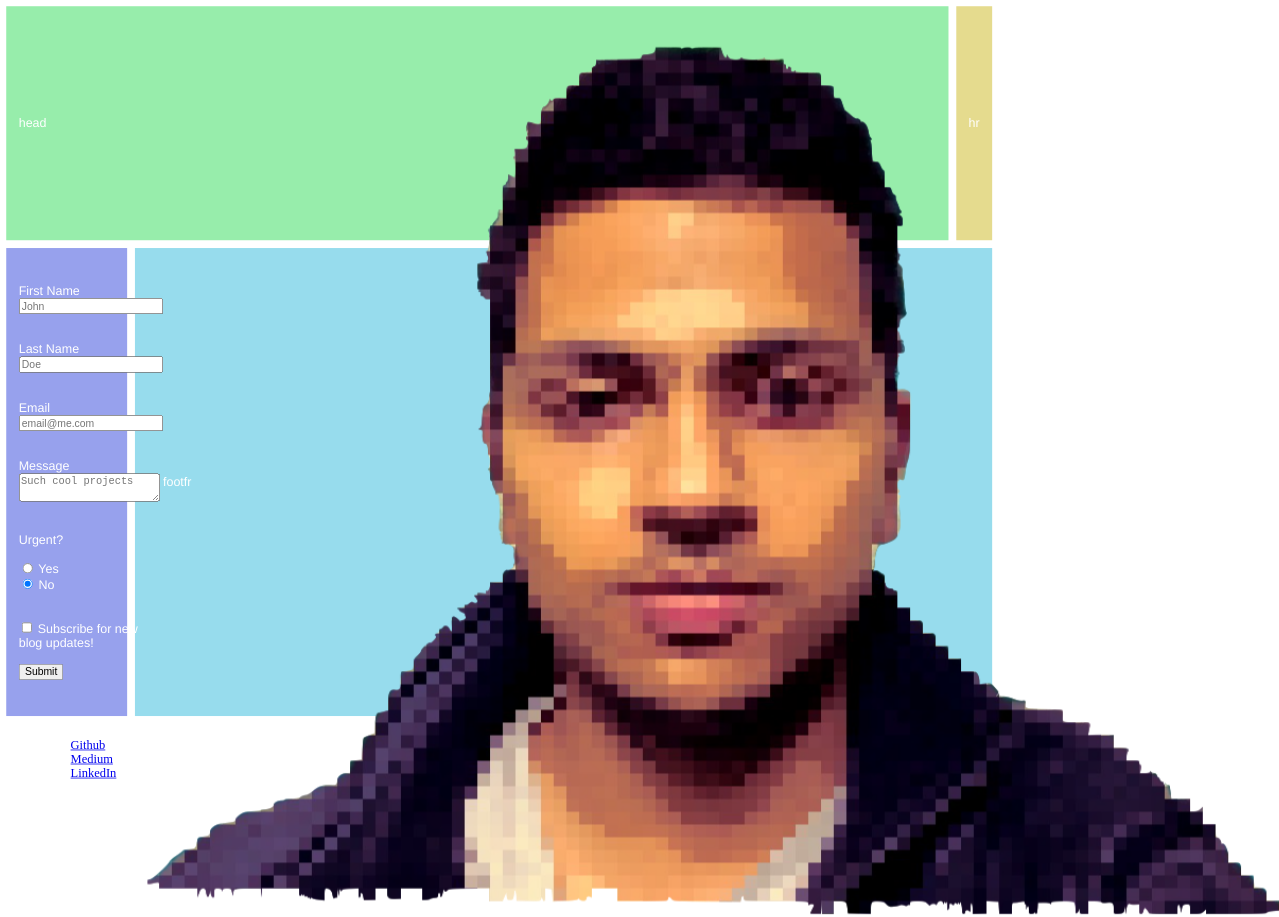
Repository: SamirIngley/html-semantic
Page: templates/contact.html
These files come from the project's save history. The page is drawn as it stood at one moment and after the next save; the edit follows.
The browser window is 1280 px wide. The page is 1640 px wide, so the pictures cover 1640 px, including what lies to the right of the window. The pictures show the whole page, at 78% of full size.

Above is the page before, as saved 2020-02-06 07:53:24.

### templates/contact.html
<!DOCTYPE html>
<html lang="en">
<head>
    <meta charset="UTF-8">
    <meta name="viewport" content="width=device-width, initial-scale=1.0">
    <meta http-equiv="X-UA-Compatible" content="ie=edge">
    <center><title>Samir Ingle</title></center>
    <link href="style.css" rel="stylesheet">
</head>

<div class="wrapper">

    <div class="header">
        <div>head</div>
    </div>

    <div class="header-right">
        <div>hr</div>
    </div>

    <div class="main-content">
        <div><img src="static/images/8-bit.png" alt="samir-profile-pic" style="width:136%;"></div>
    </div>

    <div class="side-bar">
        <div><form action="process.php" method="POST">
                <div>
                    <label>First Name</label><br>
                    <input type="text" name="firstName" placeholder="John">
                </div>
                <br>
                <br>

                <div>
                    <label>Last Name</label><br>
                    <input type="text" name="lastName" placeholder="Doe">
                </div>
                <br>
                <br>

                <div>
                    <label>Email</label><br>
                    <input type="email" name="email" placeholder="email@me.com">
                </div>
                <br>
                <br>
                <div>
                    <label>Message</label><br>
                    <textarea name="message" placeholder="Such cool projects"></textarea>
                </div>
                <br>
                <br>
                <div>

                        Urgent?<br>
                        <br>
                    <label>
                        <input type="radio" name="urgent" value="true">
                        Yes
                     </label><br>

                        <label>
                             <input type="radio" name="urgent" value="false" checked>
                              No<br>
                        </label>

                </div>
                <br>
                <br>
                <div>
                    <label>
                        <input type="checkbox" name="Subscribe for updates" value="subscribe"> Subscribe for new blog updates!<br>
                    </label>
                </div>
                <br>
                <div>
                    <input type="submit" name="submit" value="Submit">
                </div>
        </form>
    </div>

    <div class="footer">
        <div>foot</div>
    </div>

    <div class="footer-right">
        <div>fr</div>
    </div>

</div>
<br>
<br>

<footer>
    <br>
    <a href="https://github.com/SamirIngley">Github</a>
    <a href="https://medium.com/@SamirIngle">Medium</a>
    <a href="https://www.linkedin.com/in/samiringle/">LinkedIn</a>
</footer>
</center>
</html>

### templates/style.css

/* * {
    box-sizing: border-box;
} */

/* body {
  margin: 0;
  font-size: 20px;
  background-color:rgb(0, 0, 0);
  color: white;
  font-family: Helvetica;
}   */
/*
<nav>
                <div class='dropdown'>
                    <button class='dropbtn'>pages</button>
                    <div class="dropdown-content">
                        <a href="/about">about</a>
                        <a href="/projects">projects</a>
                        <a href="/contact">contact</a>
                    </div>
                </div>
            </nav> */

.wrapper {
  display: grid;
  grid-gap: 10px;
  grid-template-columns: repeat(2, 1fr);
  grid-template-rows: 300px 600px;
  /*
  The named areas below define where elements with
  those names are placed on the grid.
  */
  grid-template-areas:  "h h h r"
                        "s s m m"
                        "f . g g";
}

.wrapper>div {
  color: white;
  font-family: Helvetica;
  padding: 1em;
  display: flex;
  justify-content: space-between;
  align-items: center;
  /* height: 20px; */
}

.header {
  /* Name this element to place it on the grid */
  grid-area: h;
}

.header-right {
  grid-area: r;
}

.main-content {
  grid-area: m;
}

.side-bar {
  grid-area: s;
}

.footer {
  grid-area: f;
}

.footer-right {
  grid-area: g;
}

.wrapper>div:nth-child(1) {
  background-color: #97edab
}

.wrapper>div:nth-child(2) {
  background-color: #e5db8e
}

.wrapper>div:nth-child(3) {
  background-color: #97dced
}

.wrapper>div:nth-child(4) {
  background-color: #97a1ed
}

.wrapper>div:nth-child(5) {
  background-color: #b597ed
}

.wrapper>div:nth-child(6) {
  background-color: #ed979e
}



/* ----- Bio ----- */
/*
.bio ul {
  list-style: none;
}



----- Nav -----
nav {
  background-color: rgba(215, 176, 251, 0);
  /* font-weight:bold; */
}
/*

nav a {
  color: white;
  text-align: right;
  font-size: 2vw;
  text-decoration: none;
}

nav a:hover{
  color: lime;
}

nav a.active {
  background-color: orange;
  color: purple;
}


nav {
  display: flex;
  justify-content: flex-end;
  list-style: none;
} */
/*
nav {
    padding: 1em;
} */



/*
.topnav {
  overflow: hidden;
  background-color: rgb(226, 226, 226);
}

.topnav a {
  float: right;
  color: #ffffff;
  text-align: center;
  padding: 14px 16px;
  text-decoration: none;
  font-size: 3px;
}

.topnav a:hover {
  background-color: #ddd;
  color: black;
}

.topnav a.active {
  background-color: lime;
  color: white;
} */


/* -------- Drop Down -------- */

.dropbtn {
  background-color: rgba(247, 246, 246, 0);
  color: white;
  /* padding: 60px; */
  padding: 10px 0px 50px 100px;

  font-size: 5em;
  border: 1px;
  cursor: pointer;
}
/*
.dropbtn:hover {
  color: lime;
  background-color: rgba(247, 246, 246, 0);


}

.dropdown {
  position: relative;
  display: inline-block;
}

.dropdown-content {
  display: none;
  position: absolute;
  padding: 0px;
  border: 0px;
  margin: 0px;

  right: 0;
  background-color: #6f6f6f00;
  min-width: 200px;
  box-shadow: 0px 8px 16px 0px rgba(0,0,0,0.2);
  z-index: 1;
} */
/*
.dropdown-content a {
  color: white;
  padding: 100px 100px 100 100px;
  text-decoration: none;
  display: block;
  font-size: 13em;

} */
/*
.dropdown-content a:hover {background-color: #00000000;}

.dropdown:hover .dropdown-content {display: block;}
.dropdown:hover .dropbtn {background-color: #000000;}
  */

After the next save:
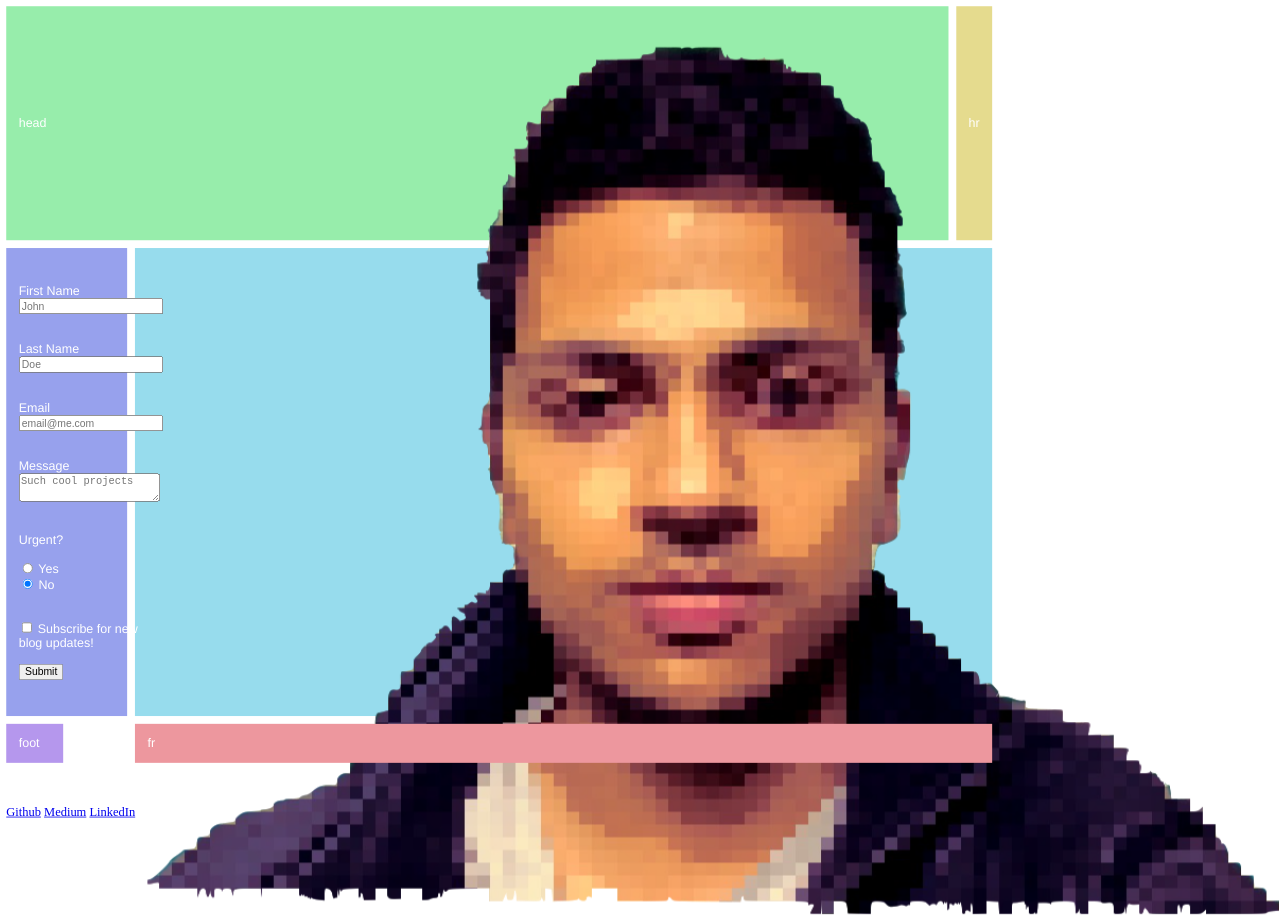
Saved 29 s later.
--- a/templates/contact.html
+++ b/templates/contact.html
@@ -76,7 +76,7 @@
                 <div>
                     <input type="submit" name="submit" value="Submit">
                 </div>
-        </form>
+        </form></div>
     </div>
 
     <div class="footer">
